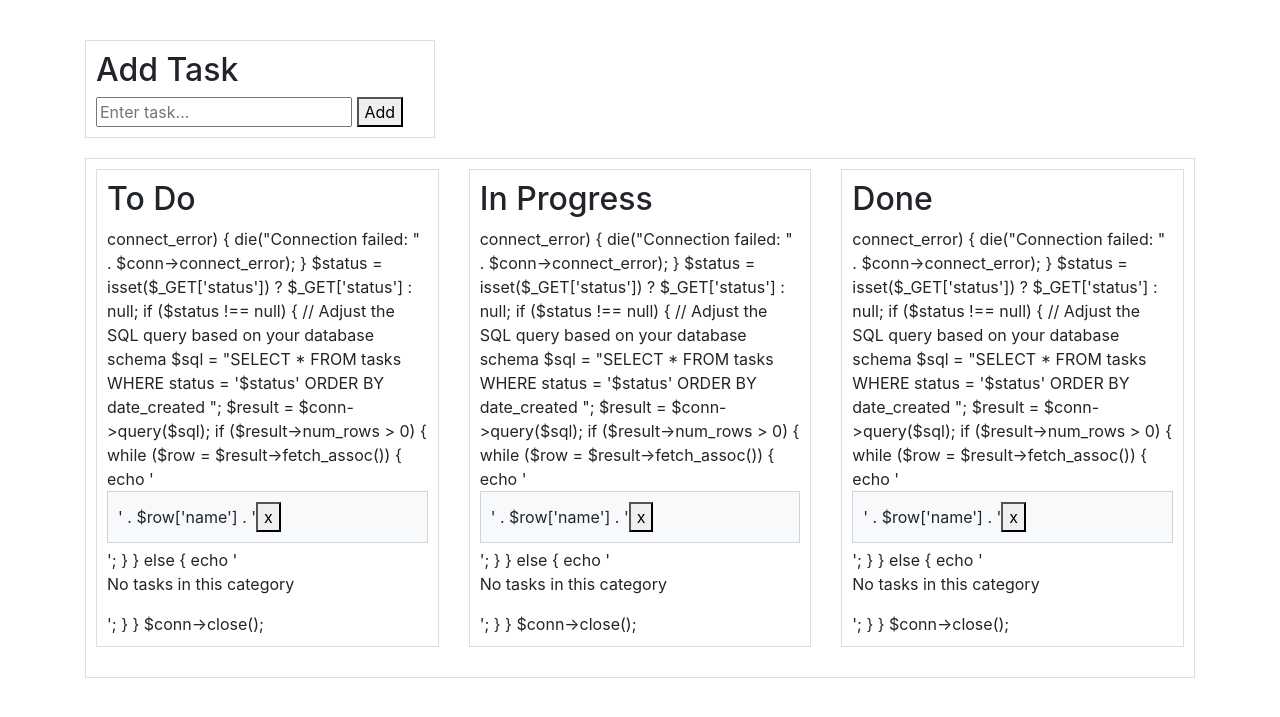
Repository: ZakariaZhlat125/test-rar-it
Page: index.html
These files come from the project's save history. The page is drawn as it stood at one moment and after the next save; the edit follows.
The browser window is 1280 px wide. The pictures show the whole page.
Some web libraries are served in a nearby version.

Above is the page before, as saved 2024-03-01 22:55:45.

### index.html
<!DOCTYPE html>
<html lang="en">
  <head>
    <meta charset="UTF-8" />
    <meta name="viewport" content="width=device-width, initial-scale=1.0" />
    <link
      href="https://stackpath.bootstrapcdn.com/bootstrap/4.5.0/css/bootstrap.min.css"
      rel="stylesheet"
    />
    <link rel="stylesheet" href="styles.css" />
    <title>Drag and Drop To-Do List</title>
  </head>
  <body>
    <div class="container">
      <div class="row">
        <div class="col-md-4">
          <div
            id="add-task"
            class="task-list"
            ondrop="drop(event)"
            ondragover="allowDrop(event)"
          >
            <h2>Add Task</h2>
            <input type="text" id="taskInput" placeholder="Enter task..." />
            <button onclick="addTask()">Add</button>
          </div>
        </div>
      </div>
      <div class="bigbox">
        <div class="row">
          <div class="col-md-4">
            <div
              id="todo"
              class="task-list"
              ondrop="drop(event)"
              ondragover="allowDrop(event)"
            >
              <h2>To Do</h2>
              <!-- Display tasks from the database -->
              <div id="todo-tasks-container"></div>
            </div>
          </div>
          <div class="col-md-4">
            <div
              id="in-progress"
              class="task-list"
              ondrop="drop(event)"
              ondragover="allowDrop(event)"
            >
              <h2>In Progress</h2>
              <!-- Display tasks from the database -->
              <div id="in-progress-tasks-container"></div>
            </div>
          </div>
          <div class="col-md-4">
            <div
              id="done"
              class="task-list"
              ondrop="drop(event)"
              ondragover="allowDrop(event)"
            >
              <h2>Done</h2>
              <!-- Display tasks from the database -->
              <div id="done-tasks-container"></div>
            </div>
          </div>
        </div>
      </div>
    </div>

    <script src="https://code.jquery.com/jquery-3.5.1.min.js"></script>
    <script src="https://cdn.jsdelivr.net/npm/@popperjs/core@2.10.2/dist/umd/popper.min.js"></script>
    <script src="https://stackpath.bootstrapcdn.com/bootstrap/4.5.0/js/bootstrap.min.js"></script>
    <script src="script.js"></script>
  </body>
</html>

### styles.css
body {
  margin: 20px;
  padding: 20px;
}
.container {
display: flex;
flex-direction: column;
}
.bigbox {
  border: 1px solid #ddd;
  padding: 10px;
  display: flex;
  justify-content: space-between;
}
.task-list {
  border: 1px solid #ddd;
  padding: 10px;
  margin-bottom: 20px;
}

.task-item {
  background-color: #f8f9fa;
  border: 1px solid #ced4da;
  margin-bottom: 5px;
  padding: 10px;
  cursor: grab;
}

### script.js
$(document).ready(function () {
  // Fetch and display tasks from the database on page load
  fetchAndDisplayTasks("todo", "todo-tasks-container");
  fetchAndDisplayTasks("in-progress", "in-progress-tasks-container");
  fetchAndDisplayTasks("done", "done-tasks-container");
});

function fetchAndDisplayTasks(listId, containerId) {
  $.ajax({
    type: "GET",
    url: "fetch_tasks.php", // Adjust the URL based on your server-side implementation
    data: { status: listId },
    success: function (response) {
      // Append tasks to the specified container
      $("#" + containerId).html(response);
      addDeleteButtons();
      addDragListeners();
    },
    error: function (xhr, status, error) {
      console.error("Error fetching tasks: " + xhr.responseText);
    },
  });
}

function addDragListeners() {
  // Add dragstart event listener to each task
  $(".task-item").on("dragstart", function (event) {
    event.originalEvent.dataTransfer.setData("text", event.target.id);
  });

  // Add drop event listener to each task list
  $(".task-list").on("drop", function (event) {
    event.preventDefault();
    var data = event.originalEvent.dataTransfer.getData("text");
    console.log(data);
    var draggedElement = $("#" + data);

    // Get the target task list
    var targetList = $(event.target).closest(".task-list");

    // Append the dragged element to the target task list
    if (targetList) {
      targetList.append(draggedElement);
      // Update the status in the database
      updateTaskStatus(draggedElement.attr("id"), targetList.attr("id"));
    }
  });

  // Add dragover event listener to each task list
  $(".task-list").on("dragover", function (event) {
    event.preventDefault();
  });
  $(".delete-btn").on("dragstart", function (event) {
    event.stopPropagation();
  });
}
function allowDrop(event) {
  event.preventDefault();
}

function drag(event) {
  event.dataTransfer.setData("text", event.target.id);
}

function drop(event) {
  event.preventDefault();
  var data = event.dataTransfer.getData("text");
  var draggedElement = document.getElementById(data);

  // Get the target task list
  var targetList = event.target.closest(".task-list");

  // Append the dragged element to the target task list
  if (targetList) {
    targetList.appendChild(draggedElement);
  }

  // TODO: Check if the target list is the "Add Task" box and handle accordingly
  if (targetList.id === "add-task") {
    // Add task handling logic here
    addTask(draggedElement.textContent);
  }

  // TODO: Save data to the database using AJAX and update the server-side records
  saveTaskToDatabase();
}

function addTask(taskText) {
  var taskInput = document.getElementById("taskInput");
  var taskText = taskInput.value.trim();

  if (taskText !== "") {
    // Create a new task item
    var newTask = document.createElement("div");
    newTask.textContent = taskText;
    newTask.className = "task-item";
    newTask.draggable = true;
    newTask.id = "task" + Math.floor(Math.random() * 1000);
    // Make the newly added task draggable
    newTask.setAttribute("draggable", true);
    newTask.setAttribute("ondragstart", "drag(event)");

    // Append the new task to the "Add Task" box
    var addTaskBox = document.getElementById("add-task");
    addTaskBox.appendChild(newTask);

    // Clear the input field
    taskInput.value = "";

    // Save the task to the database
    saveTaskToDatabase(newTask.textContent);
  }
}

function saveTaskToDatabase(taskText) {
  // TODO: Implement AJAX to save the task to the database
  $.ajax({
    type: "POST",
    url: "save.php",
    data: {
      taskText: taskText,
      action: "addTask", // Indicate that this is an add task action
    },
    success: function (response) {
      console.log(response);
    },
    error: function (xhr, status, error) {
      console.error("Error: " + xhr.responseText);
    },
  });
  addDragListeners();
}

function updateTaskStatus(taskId, status) {
  $.ajax({
    type: "POST",
    url: "update_status.php",
    data: {
      taskId: taskId,
      status: status,
    },
    success: function (response) {
      console.log(response);
    },
    error: function (xhr, status, error) {
      console.error("Error updating task status: " + xhr.responseText);
    },
  });
}

////  delete  /////
function addDeleteButtons() {
  // Add a delete button to each task
  $(".task-item").each(function () {
    // Check if the delete button is already added to the task
    if ($(this).find(".delete-btn").length === 0) {
      var deleteButton = $("<button>")
        .addClass("delete-btn")
        .text("x")
        .click(function () {
          deleteTask($(this).closest(".task-item"));
        });

      $(this).append(deleteButton);
    }
  });
}

function deleteTask(taskItem) {
  var taskId = taskItem.attr("id");

  // TODO: Remove the task from the database using AJAX and update the server-side records
  removeTaskFromDatabase(taskId);

  // Remove the task item from the DOM
  taskItem.remove();
}

function removeTaskFromDatabase(taskId) {
  // TODO: Implement AJAX to remove the task from the database
  $.ajax({
    type: "POST",
    url: "remove.php",
    data: {
      taskId: taskId,
      action: "removeTask", // Indicate that this is a remove task action
    },
    success: function (response) {
      console.log(response);
    },
    error: function (xhr, status, error) {
      console.error("Error: " + xhr.responseText);
    },
  });
}

After the next save:
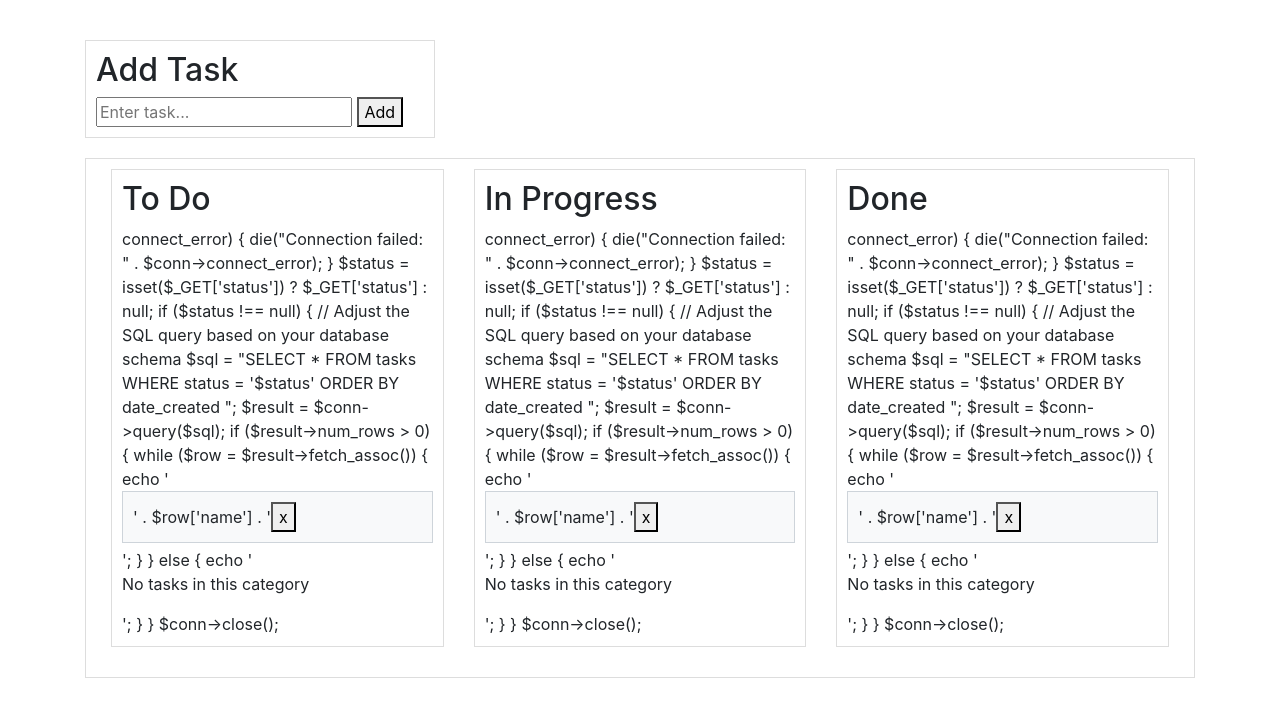
Saved 56 s later.
--- a/index.html
+++ b/index.html
@@ -27,44 +27,42 @@
         </div>
       </div>
       <div class="bigbox">
-        <div class="row">
-          <div class="col-md-4">
-            <div
-              id="todo"
-              class="task-list"
-              ondrop="drop(event)"
-              ondragover="allowDrop(event)"
-            >
-              <h2>To Do</h2>
-              <!-- Display tasks from the database -->
-              <div id="todo-tasks-container"></div>
+            <div class="col-md-4">
+              <div
+                id="todo"
+                class="task-list"
+                ondrop="drop(event)"
+                ondragover="allowDrop(event)"
+              >
+                <h2>To Do</h2>
+                <!-- Display tasks from the database -->
+                <div id="todo-tasks-container"></div>
+              </div>
             </div>
-          </div>
-          <div class="col-md-4">
-            <div
-              id="in-progress"
-              class="task-list"
-              ondrop="drop(event)"
-              ondragover="allowDrop(event)"
-            >
-              <h2>In Progress</h2>
-              <!-- Display tasks from the database -->
-              <div id="in-progress-tasks-container"></div>
+            <div class="col-md-4">
+              <div
+                id="in-progress"
+                class="task-list"
+                ondrop="drop(event)"
+                ondragover="allowDrop(event)"
+              >
+                <h2>In Progress</h2>
+                <!-- Display tasks from the database -->
+                <div id="in-progress-tasks-container"></div>
+              </div>
             </div>
-          </div>
-          <div class="col-md-4">
-            <div
-              id="done"
-              class="task-list"
-              ondrop="drop(event)"
-              ondragover="allowDrop(event)"
-            >
-              <h2>Done</h2>
-              <!-- Display tasks from the database -->
-              <div id="done-tasks-container"></div>
+            <div class="col-md-4">
+              <div
+                id="done"
+                class="task-list"
+                ondrop="drop(event)"
+                ondragover="allowDrop(event)"
+              >
+                <h2>Done</h2>
+                <!-- Display tasks from the database -->
+                <div id="done-tasks-container"></div>
+              </div>
             </div>
-          </div>
-        </div>
       </div>
     </div>
 
